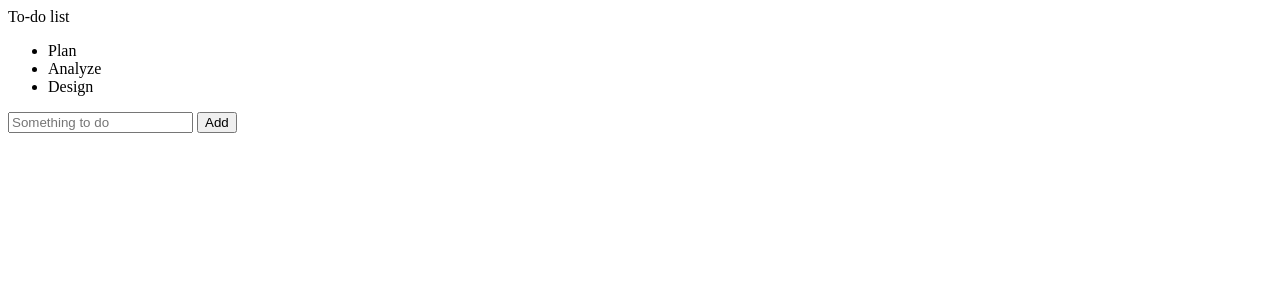
Repository: Peacepapi/1702Java
Page: javascript/WebContent/event.html
An editor plug-in stored every save of this project. The page is shown before and after the next save, followed by the edit.
The browser window is 1280 px wide. The pictures show the whole page.

Above is the page before, as saved 2017-03-07 19:46:46.

After the next save:
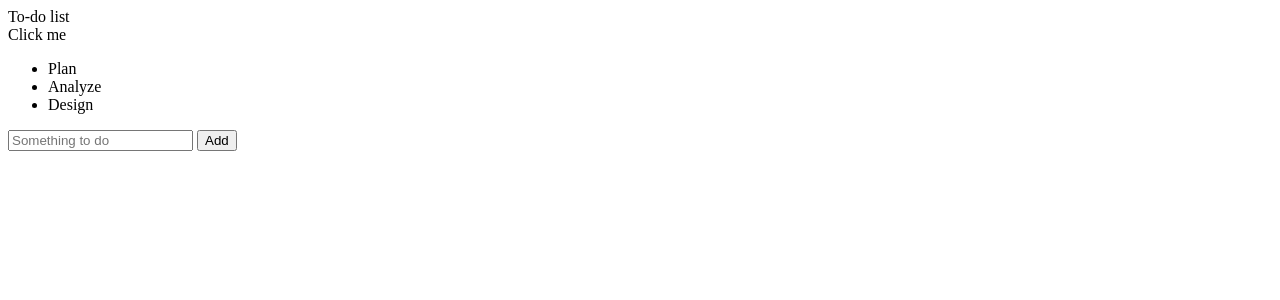
Saved 37 s later.
--- a/javascript/WebContent/event.html
+++ b/javascript/WebContent/event.html
@@ -7,6 +7,7 @@
 <body>
 To-do list
 <div id="container"><!-- has listener -->
+Click me
 	<ul id="list">
 		<li id="1">Plan</li>
 		<li id="2">Analyze</li>

After the save that followed:
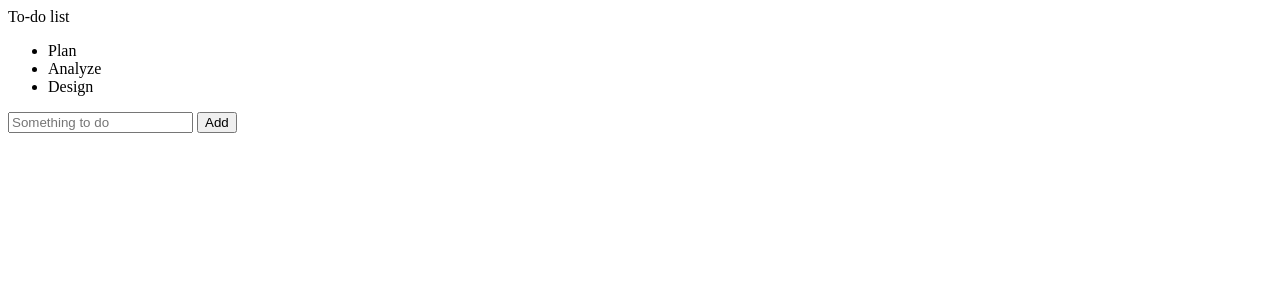
Saved 11 s later.
--- a/javascript/WebContent/event.html
+++ b/javascript/WebContent/event.html
@@ -7,7 +7,6 @@
 <body>
 To-do list
 <div id="container"><!-- has listener -->
-Click me
 	<ul id="list">
 		<li id="1">Plan</li>
 		<li id="2">Analyze</li>
